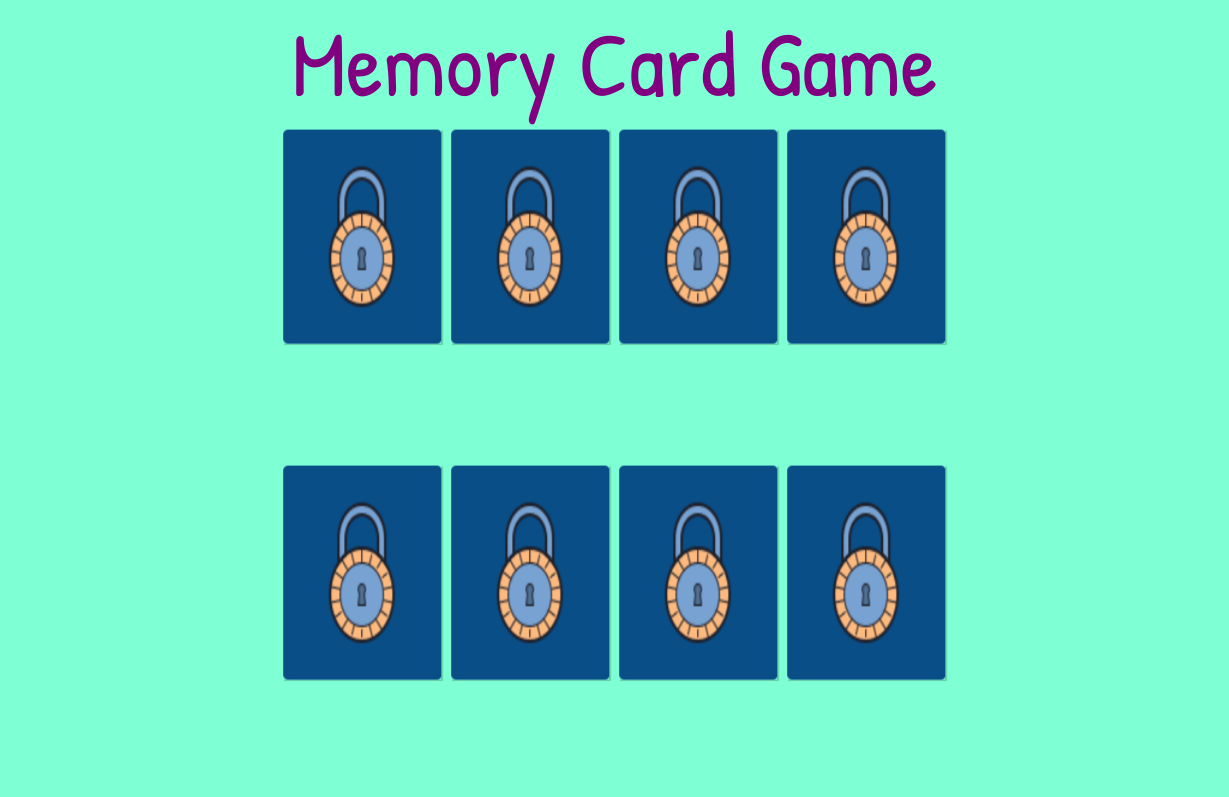
Repository: claudiadanaila1/Project-2--Interactive-FrontEnd---Memory-game
Page: index.html
The author's editor kept a record of every edit. The page is drawn from the files as they stood at one moment, then again after the next edit.
The browser window is 1280 px wide. The pictures show the whole page, at 96% of full size.

Above is the page before.

### index.html
<!DOCTYPE html>
<html lang="en">
<head>
    <meta charset="UTF-8">
    <meta name="viewport" content="width=device-width, initial-scale=1.0">
    <meta http-equiv="X-UA-Compatible" content="ie=edge">
    <link rel="stylesheet" href="../css/style.css" type="text/css" />
    <title>Memory Card Game</title>
</head>
<body>
    <h1 class="title">Memory Card Game</h1>


  <section class="memory-game">
      <div class="memory-card">
          <img class="card-front" src="assets/images/jelly1.jpg" alt="jelly-fish"/>
          <img class="card-back"  src="assets/images/icon8-lock.png" alt="lock" />
      </div>
      <div class="memory-card">
          <img class="card-front" src="assets/images/jelly2.jpg" alt="jelly-fish"/>
          <img class="card-back"  src="assets/images/icon8-lock.png" alt="lock" />
      </div>
      <div class="memory-card">
          <img class="card-front" src="assets/images/jelly3.jpg" alt="jelly-fish"/>
          <img class="card-back"  src="assets/images/icon8-lock.png" alt="lock" />
      </div>
      <div class="memory-card">
          <img class="card-front" src="assets/images/jelly4.jpg" alt="jelly-fish"/>
          <img class="card-back"  src="assets/images/icon8-lock.png" alt="lock" />
      </div>
      <div class="memory-card">
          <img class="card-front" src="assets/images/jelly5.jpg" alt="jelly-fish"/>
          <img class="card-back"  src="assets/images/icon8-lock.png" alt="lock" />
      </div>
      <div class="memory-card">
          <img class="card-front" src="assets/images/jelly6.jpg" alt="jelly-fish"/>
          <img class="card-back"  src="assets/images/icon8-lock.png" alt="lock" />
      </div>
      <div class="memory-card">
          <img class="card-front" src="assets/images/jelly7.jpg" alt="jelly-fish"/>
          <img class="card-back"  src="assets/images/icon8-lock.png" alt="lock" />
      </div>
      <div class="memory-card">
          <img class="card-front" src="assets/images/jelly8.jpg" alt="jelly-fish"/>
          <img class="card-back"  src="assets/images/icon8-lock.png" alt="lock" />
      </div>

  </section>

</body>
</html>

### css/style.css
@import url('https://fonts.googleapis.com/css?family=Patrick+Hand&display=swap');


* {
    padding:0;
    margin:0;
    box-sizing: border-box;
}

html {
   height: 100vh;
    display: flex;
    background-color:aquamarine;
}

body{
    margin:auto;
    justify-content:center;
}

.title {
    font-family:"Patrick Hand", sans-serif;
    font-size: 6em;
    text-align: center;
    font-weight: normal;
    color:purple;
}

.game-info-container {
    grid-column: 1/-1;
    justify-content: space-between;
    display: flex;
    margin:50px;
}

.game-info {
    font-family: "Patrick Hand", sans-serif;
    font-size:3em;
    color:purple;
}

.memory-game {
    height:700px;
    width:700px;
    margin:auto;
    display:flex;
    flex-wrap: wrap;
    perspective:1000px;
}

.memory-card {
  width: calc(25% - 10px);
  height: calc(33.333% - 10px);
  margin: 5px;
  position: relative;
  transform: scale(1);
  transform-style: preserve-3d;
  transition: transform .5s;
  box-shadow: 1px 1px 1px rgba(0,0,0,.3);
}

.memory-card:active {
  transform: scale(0.96);
  transition: transform .3s;
}

.memory-card.flip {
  transform: rotateY(180deg);
}

.card-front,
.card-back {
  width: 100%;
  height: 100%;
  padding: 20px;
  position: absolute;
  border-radius: 5px;
  background: #0a4e88;
  backface-visibility: hidden;
}

.card-front {
  transform: rotateY(180deg);
}

After the next edit:
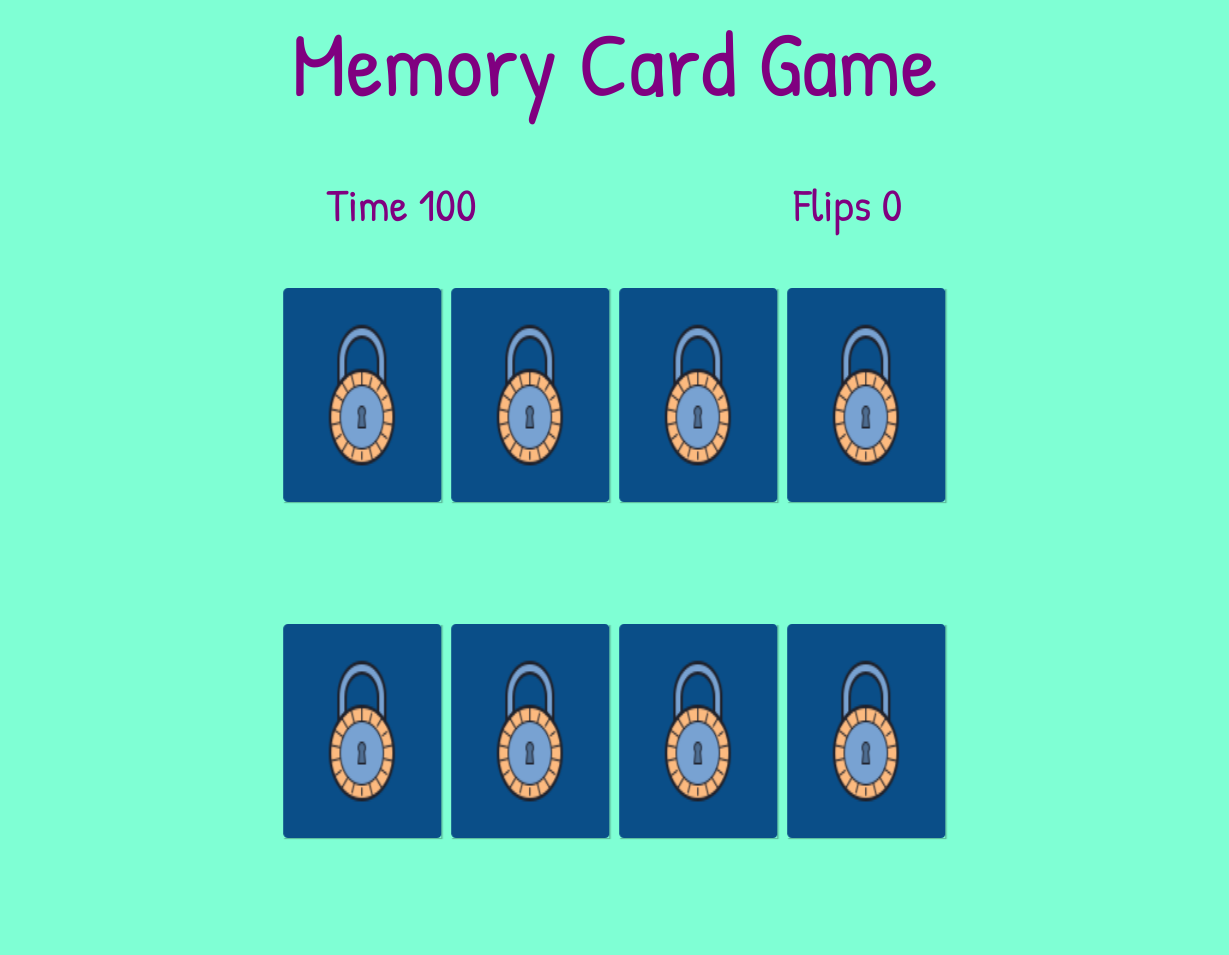
The edit:
--- a/index.html
+++ b/index.html
@@ -10,6 +10,14 @@
 <body>
     <h1 class="title">Memory Card Game</h1>
 
+    <div class="game-info-container">
+      <div class="game-info">
+        Time <span id="time-remaining">100</span>
+      </div>
+      <div class="game-info">
+        Flips <span id="flips">0</span>
+      </div>
+    </div>
 
   <section class="memory-game">
       <div class="memory-card">
